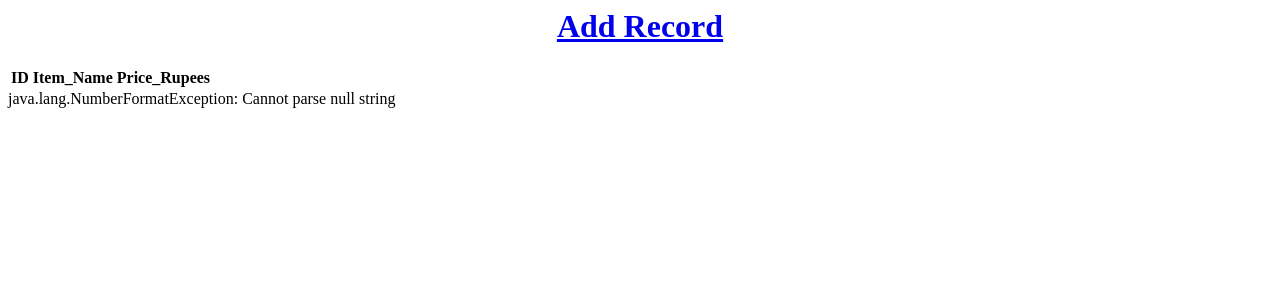
Repository: prathameshhhh12/PizzaShop
Page: http://localhost/Pizzashop/addeditPizza.jsp
An editor plug-in stored every save of this project. The page is shown before and after the next save, followed by the edit.
The browser window is 1280 px wide. The pictures show the whole page.
The page is served by Tomcat 9. Other server files are loaded and not shown. Queries for data that is not in the repository find no rows.

Above is the page before, as saved 2023-02-13 18:23:42.

### Pizzashop/WebContent/addeditPizza.jsp
<%@page import="com.db.utils.DbConnection"%>
<%@ page import ="java.sql.*"%>

<div class="main">
<center>
<h1><a href="addItem.jsp">Add Record</a></h1>
</center>

<table>
<tr>
<th>ID</th>
<th>Item_Name</th>
<th>Price_Rupees</th>
</tr>
<%
try{
	  Connection con = DbConnection.init();
      Statement st = con.createStatement();
      String strQuery = "SELECT * FROM items";
      ResultSet rs = st.executeQuery(strQuery);
      while(rs.next()){

    	  %>
    	  <tr>
    	  <td><%=rs.getInt(1) %></td>
    	  <td><%=rs.getString(2) %></td>
    	  <td><%=rs.getString(3) %></td>
    	  <td><a href="update.jsp?edit=<%=rs.getInt(1)%>">Edit</a></td>
    	  <td>
    	  <a href="?delete=<%=rs.getInt(1)%>">Delete</a></td>

    	  </tr>
    	  <%
      }
}
catch(Exception e)
{
	out.println(e);
}
 %>


</table>


<%
try{
	  Connection con = DbConnection.init();
    Statement st = con.createStatement();

    	int id =Integer.parseInt(request.getParameter("delete"));

    	PreparedStatement ps =null;
    	ps=con.prepareStatement("delete from items where id =?");
    	ps.setInt(1,id);
    	ps.executeUpdate();
    	con.close();


    }

catch(Exception e)
{
	out.println(e);
}
%>
</div>

### Pizzashop/src/com/db/utils/DbConnection.java
/*
 * To change this license header, choose License Headers in Project Properties.
 * To change this template file, choose Tools | Templates
 * and open the template in the editor.
 */
package com.db.utils;
//import com.mysql.jdbc.Connection;
import java.sql.* ;
import java.sql.DriverManager;
import java.sql.SQLException;


public class DbConnection {

    final static String DB_NAME = "pizza";
    final static String CONNECTION_URL = "jdbc:mysql://localhost:3306/" + DB_NAME;
    final static String USERNAME = "root";
    final static String PASSWORD = "root123";

    public static Connection init() throws ClassNotFoundException, SQLException {
        Class.forName("com.mysql.jdbc.Driver");
        return (Connection) DriverManager.getConnection(CONNECTION_URL, USERNAME, PASSWORD);
    }
}

After the next save:
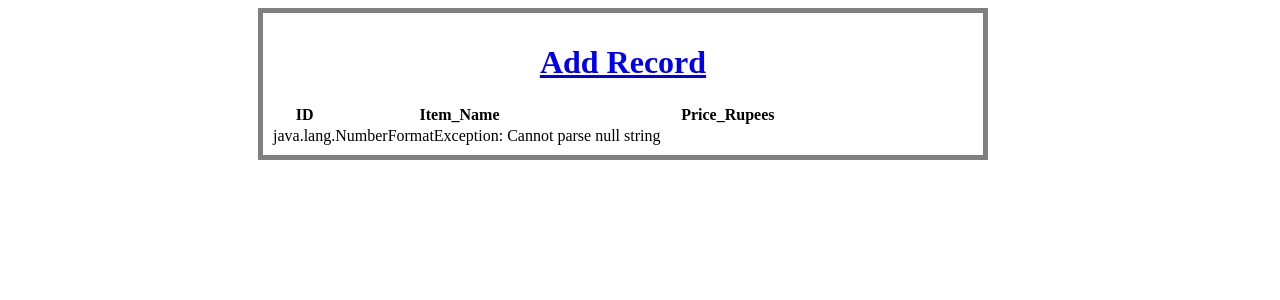
Saved 2 min 9 s later.
--- a/Pizzashop/WebContent/addeditPizza.jsp
+++ b/Pizzashop/WebContent/addeditPizza.jsp
@@ -65,3 +65,22 @@
 }
 %>
 </div>
+
+<style type="text/css">
+.main
+{
+width:700px;;
+margin-left:250px;
+padding: 10px;
+border: 5px solid grey;
+}
+table{
+width: 600px;
+}
+td
+{
+border: 5px solid silver;
+text-align: center;
+padding: 8px;
+}
+</style>
